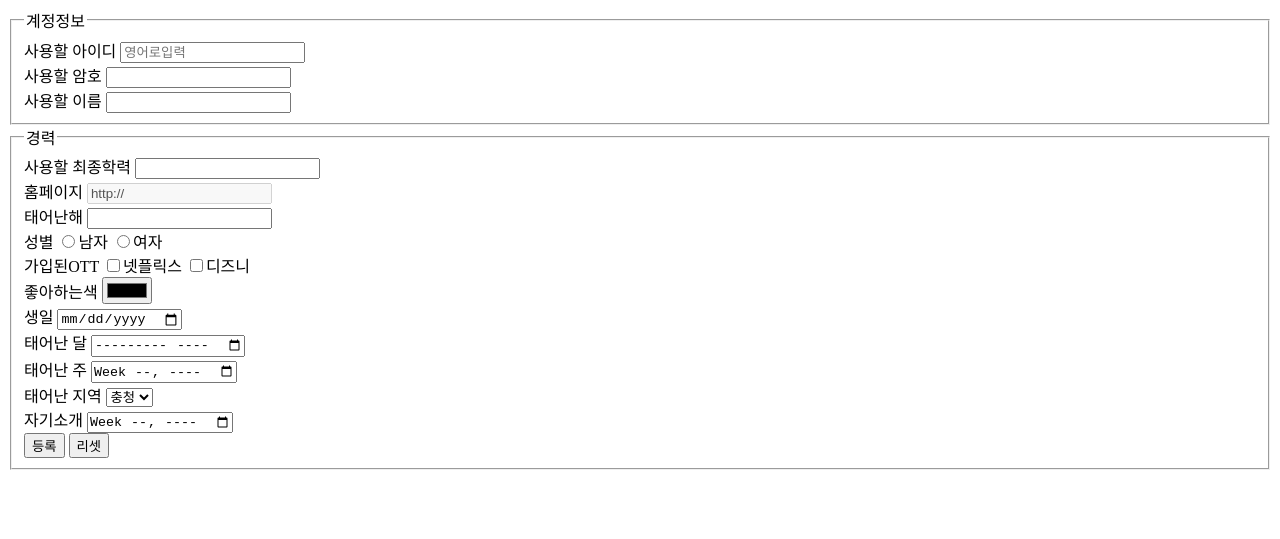
Repository: ybshim90/sesac1
Page: day_20211217_01_web/src/main/webapp/regist.html
These files come from the project's save history. The page is drawn as it stood at one moment and after the next save; the edit follows.
The browser window is 1280 px wide. The pictures show the whole page.

Above is the page before, as saved 2021-12-17 06:36:34.

After the next save:
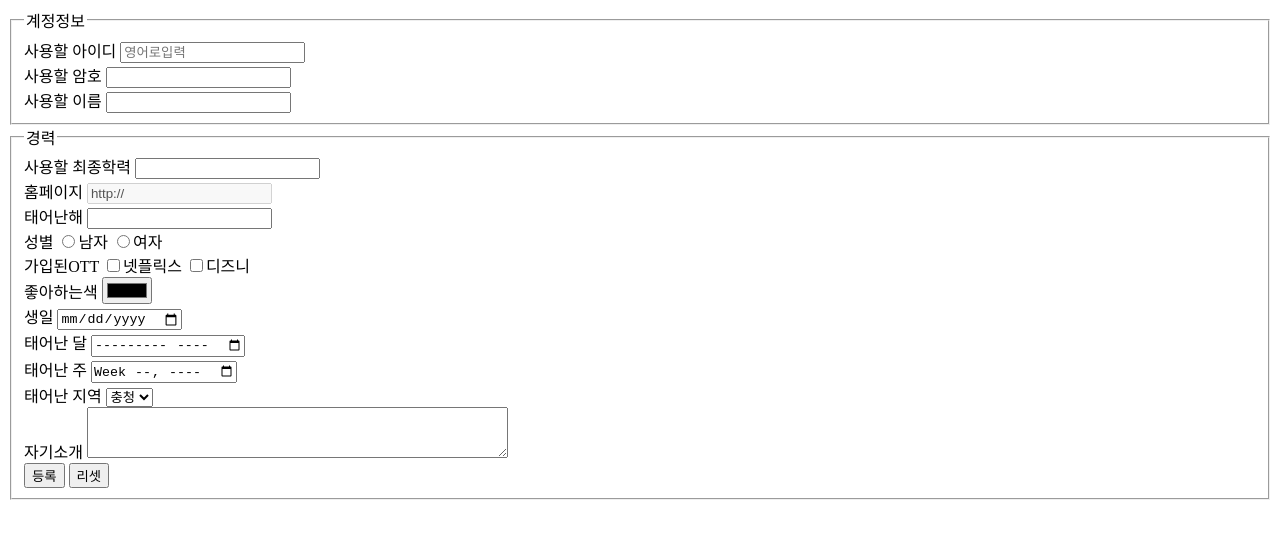
Saved 28 s later.
--- a/day_20211217_01_web/src/main/webapp/regist.html
+++ b/day_20211217_01_web/src/main/webapp/regist.html
@@ -72,7 +72,7 @@
 				</label><br>
 
 				<label>자기소개
-					<input type="week" name="birth">
+					<textarea name="intro" rows="3" cols="50"></textarea>
 				</label><br>
 
 				<input type="submit" value="등록">
